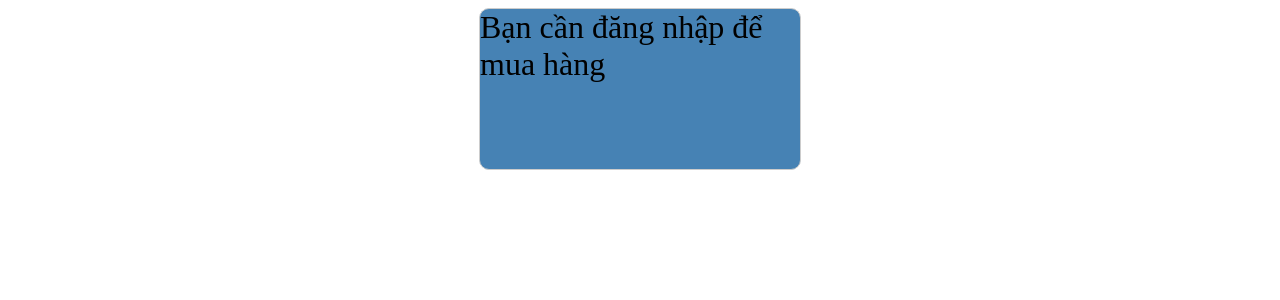
Repository: tung1233hhhhhhhhhhhhh/shoppingcart
Page: view/product/components/thongbao.html
An editor plug-in stored every save of this project. The page is shown before and after the next save, followed by the edit.
The browser window is 1280 px wide. The pictures show the whole page.

Above is the page before, as saved 2023-08-08 21:23:31.

### view/product/components/thongbao.html
<!DOCTYPE html>
<html lang="en">

<head>
    <meta charset="UTF-8">
    <meta name="viewport" content="width=device-width, initial-scale=1.0">
    <title>Document</title>
</head>
<style>
    .box {
        width: 20rem;
        height: 10rem;
        background-color: steelblue;
        border: 1px solid #Ccc;
        border-radius: 10px;
        margin: 0 auto;
    }

    .text {
        font-size: 2rem;
    }
</style>

<body>

    <div class="box">
        <div class="text">Bạn cần đăng nhập để mua hàng</div>
    </div>
</body>

</html>

After the next save:
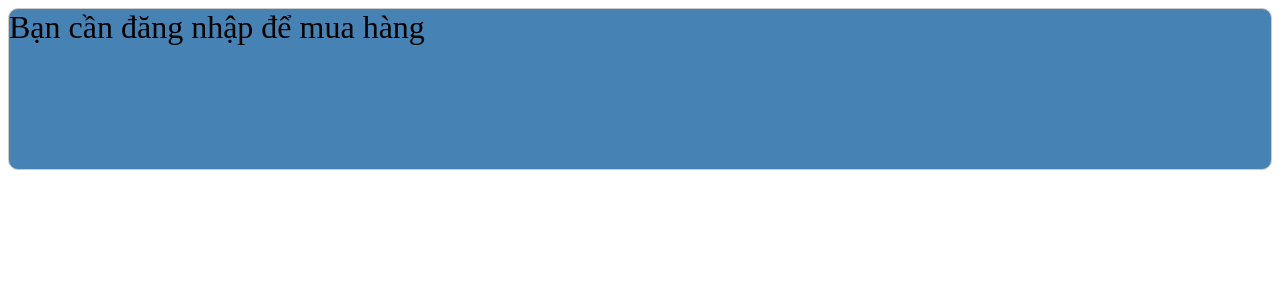
Saved 7 s later.
--- a/view/product/components/thongbao.html
+++ b/view/product/components/thongbao.html
@@ -8,7 +8,7 @@
 </head>
 <style>
     .box {
-        width: 20rem;
+        /* width: 20rem; */
         height: 10rem;
         background-color: steelblue;
         border: 1px solid #Ccc;
